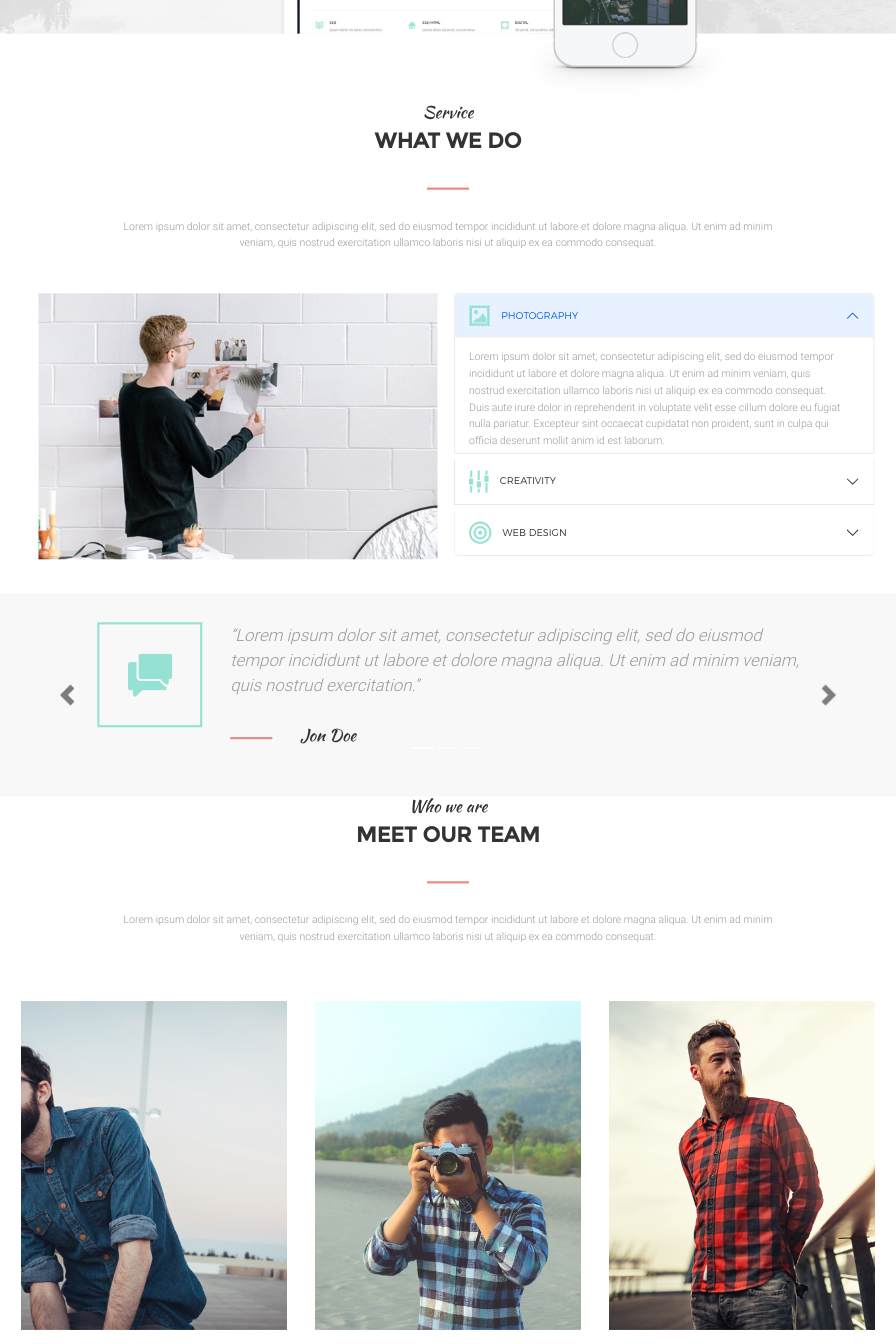
Repository: RaffiBarseghyan/mogo
Page: /
These files come from the project's save history. The page is drawn as it stood at one moment and after a run of saves; the edit follows.
The browser window is 1280 px wide. The pictures show the part of the page from y = 3380 to 5300 px (the page is 5300 px tall), at 70% of full size.
The project was rebuilt for these pictures with package versions that can differ from the ones it lists, and the page was loaded fresh each time.

Above is the page before, as saved 2023-05-12 23:19:52.

### src/App.jsx
import "./App.css";
import "bootstrap/dist/css/bootstrap.min.css";
import "bootstrap/dist/js/bootstrap.bundle";
import Header from "./Pages/Header/header";
import AboutUs from "./Pages/AboutUs/aboutUs";
import WorkWith from "./Pages/WorkWith/workWith";
import AllDevice from "./Pages/AllDevice/allDevice";
import Service from "./Pages/ServicePage/service";
import WeAre from "./Pages/WeAre/weAre";

function App() {
  return (
    <div className="App">
      <Header />
      <AboutUs />
      <WorkWith />
      <AllDevice />
      <Service />
      <WeAre />
    </div>
  );
}

export default App;

### src/Pages/AboutUs/aboutUs.jsx
import style from "./aboutUs.module.scss";
import aboutUs1 from "../../Assets/Images/aboutUs1.png";
import aboutUs2 from "../../Assets/Images/aboutUs2.png";
import aboutUs3 from "../../Assets/Images/aboutUs3.png";
import user from "../../Assets/Images/USERS.png";

function AboutUs() {
  return (
    <>
      <div className={style.aboutUs}>
        <h3>What we do</h3>
        <h2>Story about us</h2>
        <div className={style.line}></div>
        <p>
          Lorem ipsum dolor sit amet, consectetur adipiscing elit, sed do
          eiusmod tempor incididunt ut labore et dolore magna aliqua. Ut enim ad
          minim <br />
          veniam, quis nostrud exercitation ullamco laboris nisi ut aliquip ex
          ea commodo consequat.
        </p>
        <div className="d-flex justify-content-center flex-wrap ">
          <div className={style.imgDiv}>
            <img src={user} alt="" className={style.user} />
            <p>SUPER TEAM</p>
            <img src={aboutUs1} alt="" className={style.aboutImg} />
          </div>
          <div className={style.imgDiv}>
            <img src={user} alt="" className={style.user} />
            <p>SUPER TEAM</p>
            <img src={aboutUs2} alt="" className={style.aboutImg} />
          </div>
          <div className={style.imgDiv}>
            <img src={user} alt="" className={style.user} />
            <p>SUPER TEAM</p>
            <img src={aboutUs3} alt="" className={style.aboutImg} />
          </div>
        </div>
      </div>

      <div
        className={`${style.aboutUsFooter} d-flex justify-content-center align-items-center flex-wrap`}
      >
        <div className={style.first_line}>
          <h2>42</h2>
          <p>Web Design Projects</p>
        </div>
        <div>
          <h2>123</h2>
          <p>happy client</p>
        </div>
        <div>
          <h2>15</h2>
          <p>award winner</p>
        </div>
        <div>
          <h2>99</h2>
          <p>cup of coffee</p>
        </div>
        <div>
          <h2>24</h2>
          <p>members</p>
        </div>
      </div>
    </>
  );
}

export default AboutUs;

### src/Pages/WorkWith/workWith.jsx
import style from "./workWith.module.scss";
import ALARM from "../../Assets/Images/ALARM.png";
import LINEGRAPH from "../../Assets/Images/LINEGRAPH.png";
import COMPUTER_OK from "../../Assets/Images/COMPUTER_OK.png";
import BOOK from "../../Assets/Images/BOOK.png";
import HOME from "../../Assets/Images/HOME.png";
import IMAGE from "../../Assets/Images/IMAGE.png";

function WorkWith() {
  return (
    <>
      <div className={style.workWith}>
        <h3>We work with</h3>
        <h2>Amazing Services</h2>
        <div className={style.line}></div>

        <div
          className={`${style.workWithFooter} d-flex flex-wrap justify-content-center container`}
        >
          <div className={`d-flex ${style.box1}`}>
            <div>
              <img src={ALARM} alt="" />
            </div>
            <div>
              <h2>Photography</h2>
              <p>
                Lorem ipsum dolor sit amet, consectetur <br />
                adipiscing elit, sed do eiusmod tempor.
              </p>
            </div>
          </div>
          <div className={`d-flex ${style.box2}`}>
            <div>
              <img src={LINEGRAPH} alt="" />
            </div>
            <div>
              <h2>Web Design</h2>
              <p>
                Ipsum dolor sit amet, consectetur <br />
                adipiscing elit, sed do eiusmod tempor.
              </p>
            </div>
          </div>
          <div className={`d-flex ${style.box3}`}>
            <div>
              <img src={COMPUTER_OK} alt="" />
            </div>
            <div>
              <h2>Creativity</h2>
              <p>
                Dolor sit amet, consectetur adipiscing elit, <br />
                sed do eiusmod tempor.
              </p>
            </div>
          </div>
          <div className={`d-flex ${style.box4}`}>
            <div>
              <img src={BOOK} alt="" />
            </div>
            <div>
              <h2>seo</h2>
              <p>
                Ipsum dolor sit amet, consectetur <br />
                adipiscing elit, sed do eiusmod.
              </p>
            </div>
          </div>
          <div className={`d-flex ${style.box5}`}>
            <div>
              <img src={HOME} alt="" />
            </div>
            <div>
              <h2>Css/Html</h2>
              <p>
                Lorem dolor sit amet, consectetur <br />
                adipiscing elit, sed do tempor.
              </p>
            </div>
          </div>
          <div className={`d-flex ${style.box6}`}>
            <div>
              <img src={IMAGE} alt="" />
            </div>
            <div>
              <h2>digital</h2>
              <p>
                Sit amet, consectetur adipiscing elit, sed do <br />
                eiusmod tempor.
              </p>
            </div>
          </div>
        </div>
      </div>
    </>
  );
}

export default WorkWith;

### src/Pages/AllDevice/allDevice.jsx
import style from "./allDevice.module.scss";
import ipad from "../../Assets/Images/ipad.png";
import iphone from "../../Assets/Images/iphone.png";

function AllDevice() {
  return (
    <>
      <div className={`${style.allDevice}`}>
        <div className={style.allDeviceBg}>
          <h3>For all devices</h3>
          <h2>Unique design</h2>
          <div className={style.line}></div>
          <img src={ipad} alt="" className={style.ipad}/>
          <img src={iphone} alt="" className={style.iphone} />
        </div>
      </div>
    </>
  );
}

export default AllDevice;

### src/Pages/WeAre/weAre.jsx
import style from "./weAre.module.scss";
import admin1 from "../../Assets/Images/admin1.png";
import admin2 from "../../Assets/Images/admin2.png";
import admin3 from "../../Assets/Images/admin3.png";

function WeAre() {
  return (
    <>
      <div className={`${style.WeAre}`}>
        <h3>Who we are</h3>
        <h2>Meet our team</h2>
        <div className={style.line}></div>
        <p>
          Lorem ipsum dolor sit amet, consectetur adipiscing elit, sed do
          eiusmod tempor incididunt ut labore et dolore magna aliqua. Ut enim ad
          minim <br />
          veniam, quis nostrud exercitation ullamco laboris nisi ut aliquip ex
          ea commodo consequat.
        </p>

        <div className="d-flex justify-content-center flex-wrap ">
          <div className={style.imgDiv}>
            {/* <img src={user} alt="" className={style.user} /> */}
            <p>SUPER TEAM</p>
            <img src={admin1} alt="" className={style.aboutImg} />
          </div>
          <div className={style.imgDiv}>
            {/* <img src={user} alt="" className={style.user} /> */}
            <p>SUPER TEAM</p>
            <img src={admin2} alt="" className={style.aboutImg} />
          </div>
          <div className={style.imgDiv}>
            {/* <img src={user} alt="" className={style.user} /> */}
            <p>SUPER TEAM</p>
            <img src={admin3} alt="" className={style.aboutImg} />
          </div>
        </div>
      </div>
    </>
  );
}

export default WeAre;

### src/Pages/WorkWith/workWith.module.scss
@font-face {
  font-family: Montserrat;
  src: url("../../Assets/Fonts/montserrat/Montserrat-Light.otf")
    format("truetype");
}

@font-face {
  font-family: Montserrat_mid;
  src: url("../../Assets/Fonts/montserrat/Montserrat-Regular.ttf")
    format("truetype");
}

@font-face {
  font-family: Montserrat_bold;
  src: url("../../Assets/Fonts/montserrat/Montserrat-ExtraBold.otf")
    format("truetype");
}

@font-face {
  font-family: kaushan;
  src: url("../../Assets/Fonts/kaushan-script/kaushan-script.kaushanscript-regular.otf")
    format("truetype");
}

.workWith {
  min-height: 750px;
  display: flex;
  flex-direction: column;
  align-items: center;
  justify-content: center;
  h3 {
    font-size: 24px;
    color: #333333;
    font-weight: 400;
    font-family: "kaushan";
    text-align: center;
  }
  h2 {
    font-size: 30px;
    text-transform: uppercase;
    color: #333333;
    font-weight: 700;
    font-family: "Montserrat_mid";
    text-align: center;
  }
  .line {
    width: 60px;
    height: 3px;
    background-color: #f38181;
    margin: 40px;
  }
}

.workWithFooter {
  > div {
    width: 400px;
    margin-top: 90px;
  }
  h2 {
    font-size: 14px;
    text-transform: uppercase;
    color: #333333;
    font-weight: 400;
    font-family: "Montserrat";
    text-align: start;
  }
  p {
    font-size: 15px;
    line-height: 24px;
    color: #999999;
    font-weight: 400;
    font-family: "Roboto";
    text-align: start;
  }
  img {
    margin-right: 30px;
  }
}

.box1,
.box2,
.box3 {
  border-bottom: 1px solid #e5e5e5;
}

@media only screen and (max-width: 1399.2px) {
  .box1,
  .box2,
  .box3,
  .box4 {
    border-bottom: 1px solid #e5e5e5;
  }
}

@media only screen and (max-width: 991.2px) {
  .box1,
  .box2,
  .box3,
  .box4,
  .box5 {
    border-bottom: 1px solid #e5e5e5;
  }
}

### src/Pages/AllDevice/allDevice.module.scss
@font-face {
  font-family: Montserrat;
  src: url("../../Assets/Fonts/montserrat/Montserrat-Light.otf")
    format("truetype");
}

@font-face {
  font-family: Montserrat_mid;
  src: url("../../Assets/Fonts/montserrat/Montserrat-Regular.ttf")
    format("truetype");
}

@font-face {
  font-family: Montserrat_bold;
  src: url("../../Assets/Fonts/montserrat/Montserrat-ExtraBold.otf")
    format("truetype");
}

@font-face {
  font-family: kaushan;
  src: url("../../Assets/Fonts/kaushan-script/kaushan-script.kaushanscript-regular.otf")
    format("truetype");
}

.allDevice {
  min-height: 900px;

  h3 {
    font-size: 24px;
    color: #333333;
    font-weight: 400;
    font-family: "kaushan";
    text-align: center;
  }
  h2 {
    font-size: 30px;
    text-transform: uppercase;
    color: #333333;
    font-weight: 700;
    font-family: "Montserrat_mid";
    text-align: center;
  }
  .line {
    width: 60px;
    height: 3px;
    background-color: #f38181;
    margin: 40px;
  }
  .allDeviceBg {
    width: 100%;
    min-height: 850px;
    background-image: url("../../Assets/Images/allDeviceBg.png");
    background-position: center;
    background-size: cover;
    background-repeat: no-repeat;

    display: flex;
    flex-direction: column;
    align-items: center;
    justify-content: center;
  }
}

.ipad {
  position: absolute;
  margin-top: 268px;
}

.iphone {
  position: relative;
  top: 194px;
  left: 257px;
}

@media only screen and (max-width: 992.2px) {
  .ipad {
    width: 378px;
    height: 480px;
    margin-top: 370px;
  }
  .iphone {
    width: 200px;
    height: 360px;
    top: 225px;
    left: 217px;
  }
}

@media only screen and (max-width: 650.2px) {
  .ipad {
    width: 290px;
    height: 380px;
    margin-top: 470px;
  }
  .iphone {
    width: 165px;
    height: 290px;
    top: 250px;
    left: 159px;
  }
}

### src/Pages/ServicePage/service.module.scss
@font-face {
  font-family: Montserrat;
  src: url("../../Assets/Fonts/montserrat/Montserrat-Light.otf")
    format("truetype");
}

@font-face {
  font-family: Montserrat_mid;
  src: url("../../Assets/Fonts/montserrat/Montserrat-Regular.ttf")
    format("truetype");
}

@font-face {
  font-family: Montserrat_bold;
  src: url("../../Assets/Fonts/montserrat/Montserrat-ExtraBold.otf")
    format("truetype");
}

@font-face {
  font-family: kaushan;
  src: url("../../Assets/Fonts/kaushan-script/kaushan-script.kaushanscript-regular.otf")
    format("truetype");
}
@font-face {
  font-family: Roboto;
  src: url("../../Assets/Fonts/robotofont/Roboto-Light.ttf") format("truetype");
}

.Service {
  min-height: 750px;
  display: flex;
  flex-direction: column;
  align-items: center;
  justify-content: center;
  h3 {
    font-size: 24px;
    color: #333333;
    font-weight: 400;
    font-family: "kaushan";
    text-align: center;
  }
  h2 {
    font-size: 30px;
    text-transform: uppercase;
    color: #333333;
    font-weight: 700;
    font-family: "Montserrat_mid";
    text-align: center;
  }
  p {
    font-size: 15px;
    line-height: 24px;
    color: #999999;
    font-weight: 400;
    font-family: "Roboto";
    text-align: center;
    margin-bottom: 60px;
  }
}
.line {
  width: 60px;
  height: 3px;
  background-color: #f38181;
  margin: 40px;
}
.acordeon {
  width: 600px;
  height: 380px;
  button {
    font-size: 14px;
    text-transform: uppercase;
    color: #333333;
    font-weight: 400;
    font-family: "Montserrat";
  }
  .acordeonBody {
    width: 590px;
    height: 165px;
    font-size: 15px;
    line-height: 24px;
    color: #999999;
    font-weight: 300;
    font-family: "Roboto";
    text-align: start;
    overflow: auto;
  }
  ::-webkit-scrollbar {
    width: 5px;
  }

  /* Track */
  ::-webkit-scrollbar-track {
    box-shadow: inset 0 0 5px #f5f5f5;
    border-radius: 10px;
  }

  /* Handle */
  ::-webkit-scrollbar-thumb {
    background-color: #95e1d3;
    border-radius: 10px;
  }

  /* Handle on hover */
  ::-webkit-scrollbar-thumb:hover {
    background-color: #7fc0b4;
  }
}

.serviceFooter {
  min-height: 290px;
  background-color: #f8f8f8;
  display: flex;
  align-items: center;
  justify-content: center;
  > div {
    width: 1300px;
  }
  p {
    font-size: 24px;
    line-height: 36px;
    color: #999999;
    font-weight: 300;
    font-style: italic;
    font-family: "Roboto";
    text-align: start;
    margin-left: 40px;
  }
  h2 {
    font-size: 24px;
    color: #333333;
    font-weight: 400;
    font-family: "kaushan";
  }
}

.prev {
  width: 30px;
  height: 30px;
  background-image: url("data:[embedded picture, 192 characters]");
}

.next {
  width: 30px;
  height: 30px;
  background-image: url("data:[embedded picture, 193 characters]");
}

@media only screen and (max-width: 650.2px) {
  .acordeon {
    width: 480px;
    margin-top: 20px;
  }
  .acordeonBody {
    max-width: 470px;
  }
  .Service > div > img {
    width: 459px;
    height: 300px;
  }
  .serviceFooter{
    img{
        display: none;
    }
  }
}

### src/Pages/WeAre/weAre.module.scss
@font-face {
  font-family: Montserrat;
  src: url("../../Assets/Fonts/montserrat/Montserrat-Light.otf")
    format("truetype");
}

@font-face {
  font-family: Montserrat_mid;
  src: url("../../Assets/Fonts/montserrat/Montserrat-Regular.ttf")
    format("truetype");
}

@font-face {
  font-family: Montserrat_bold;
  src: url("../../Assets/Fonts/montserrat/Montserrat-ExtraBold.otf")
    format("truetype");
}

@font-face {
  font-family: kaushan;
  src: url("../../Assets/Fonts/kaushan-script/kaushan-script.kaushanscript-regular.otf")
    format("truetype");
}
@font-face {
  font-family: Roboto;
  src: url("../../Assets/Fonts/robotofont/Roboto-Light.ttf") format("truetype");
}

.WeAre {
  min-height: 750px;
  display: flex;
  flex-direction: column;
  align-items: center;
  justify-content: center;
  h3 {
    font-size: 24px;
    color: #333333;
    font-weight: 400;
    font-family: "kaushan";
    text-align: center;
  }
  h2 {
    font-size: 30px;
    text-transform: uppercase;
    color: #333333;
    font-weight: 700;
    font-family: "Montserrat_mid";
    text-align: center;
  }
  p {
    font-size: 15px;
    line-height: 24px;
    color: #999999;
    font-weight: 400;
    font-family: "Roboto";
    text-align: center;
    margin-bottom: 60px;
  }
  img {
    width: 380px;
    height: 470px;
    object-fit: cover;
  }
}
.line {
  width: 60px;
  height: 3px;
  background-color: #f38181;
  margin: 40px;
}

.imgDiv {
    width: 380px;
    height: 470px;
  margin: 20px;
  transition: 0.5s;
  display: flex;
  flex-direction: column;
  justify-content: center;
  align-items: center;
  p {
    font-size: 18px;
    text-transform: uppercase;
    color: #ffffff;
    font-weight: 700;
    font-family: "Montserrat";
    text-align: center;
    display: none;
    position: absolute;
    margin-top: 80px;
  }
  .user {
    width: 32px;
    height: 23px;
    display: none;
    position: absolute;
    margin-bottom: 30px;
  }
}
.imgDiv:hover {
  transition: 0.5s;
  box-shadow: 10px 10px 0px 0px rgba(149, 225, 211, 1);
  -webkit-box-shadow: 10px 10px 0px 0px rgba(149, 225, 211, 1);
  -moz-box-shadow: 10px 10px 0px 0px rgba(149, 225, 211, 1);
  cursor: pointer;
  p,
  .user {
    display: block;
  }
  background: rgb(226, 204, 123);
  background: linear-gradient(
    0deg,
    rgba(226, 204, 123, 1) 0%,
    rgba(219, 116, 116, 1) 53%
  );

  .aboutImg {
    opacity: 0.2;
  }
}

Loaded but not shown: public/index.html (common file); src/index.js (common file); src/index.css (common file); src/reportWebVitals.js (common file); src/App.css (common file); src/Pages/ServicePage/service.jsx (248 lines, source omitted); src/Pages/Header/header.module.scss (204 lines, source omitted); src/Pages/Header/header.jsx (96 lines, source omitted); src/Pages/AboutUs/aboutUs.module.scss (154 lines, source omitted)

After the next 2 saves:
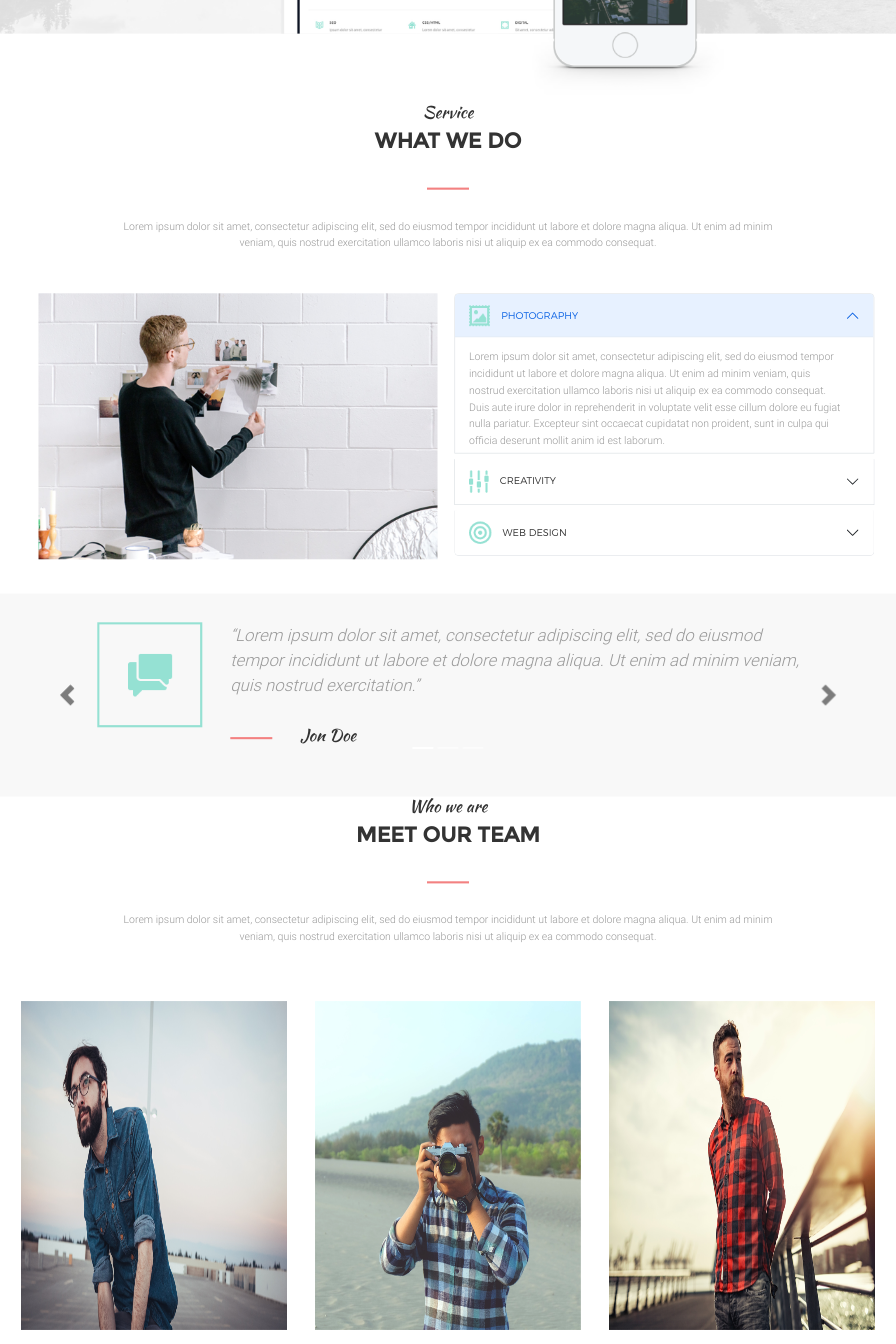
The 2 saves are shown as one change because they came seconds apart.
The last was saved 20 s later.
--- a/src/Pages/WeAre/weAre.module.scss
+++ b/src/Pages/WeAre/weAre.module.scss
@@ -59,7 +59,6 @@
   img {
     width: 380px;
     height: 470px;
-    object-fit: cover;
   }
 }
 .line {
@@ -70,8 +69,8 @@
 }
 
 .imgDiv {
-    width: 380px;
-    height: 470px;
+  width: 380px;
+  height: 470px;
   margin: 20px;
   transition: 0.5s;
   display: flex;

After the save that followed:
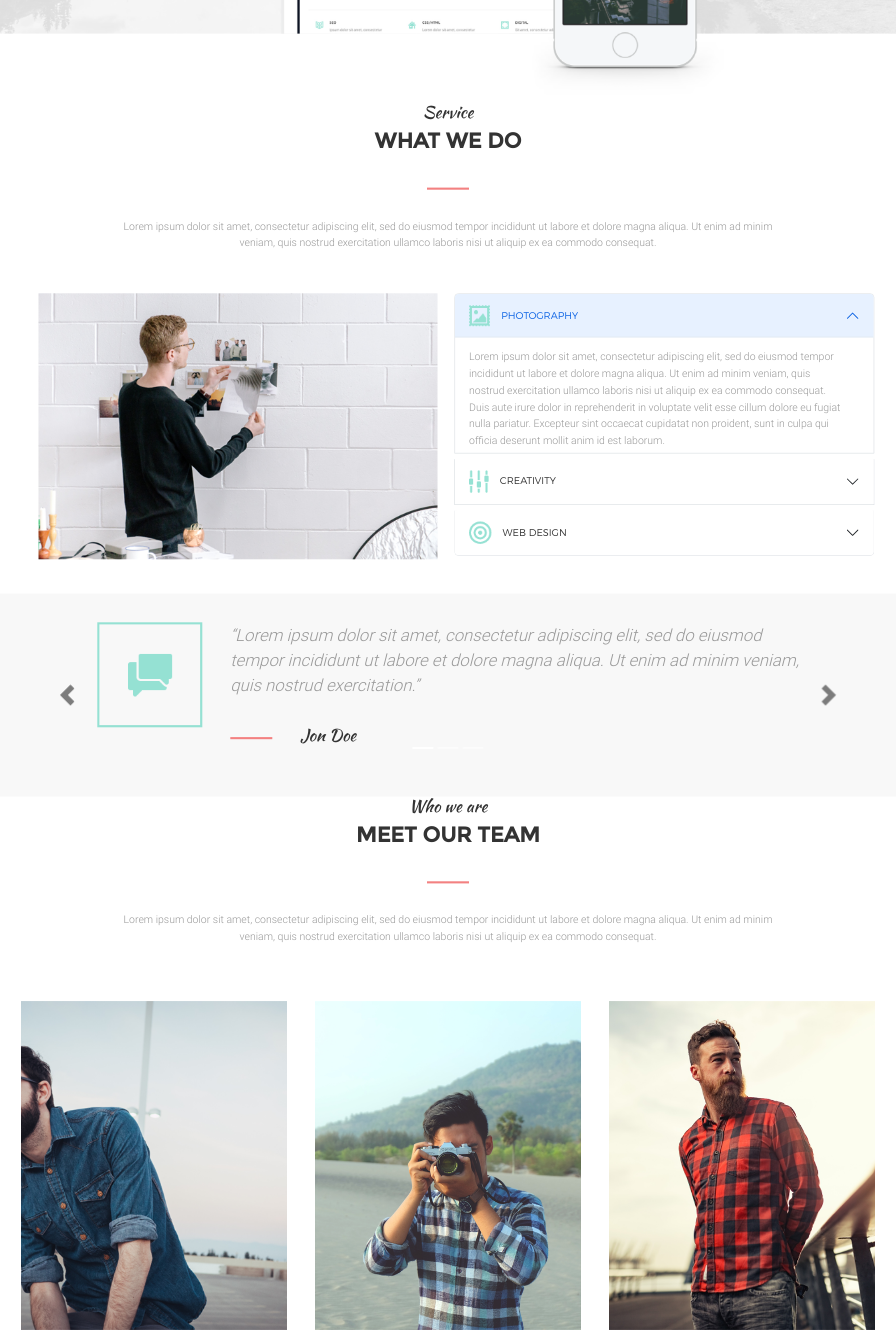
Saved 4 s later.
--- a/src/Pages/WeAre/weAre.module.scss
+++ b/src/Pages/WeAre/weAre.module.scss
@@ -59,6 +59,7 @@
   img {
     width: 380px;
     height: 470px;
+    object-fit: cover;
   }
 }
 .line {
